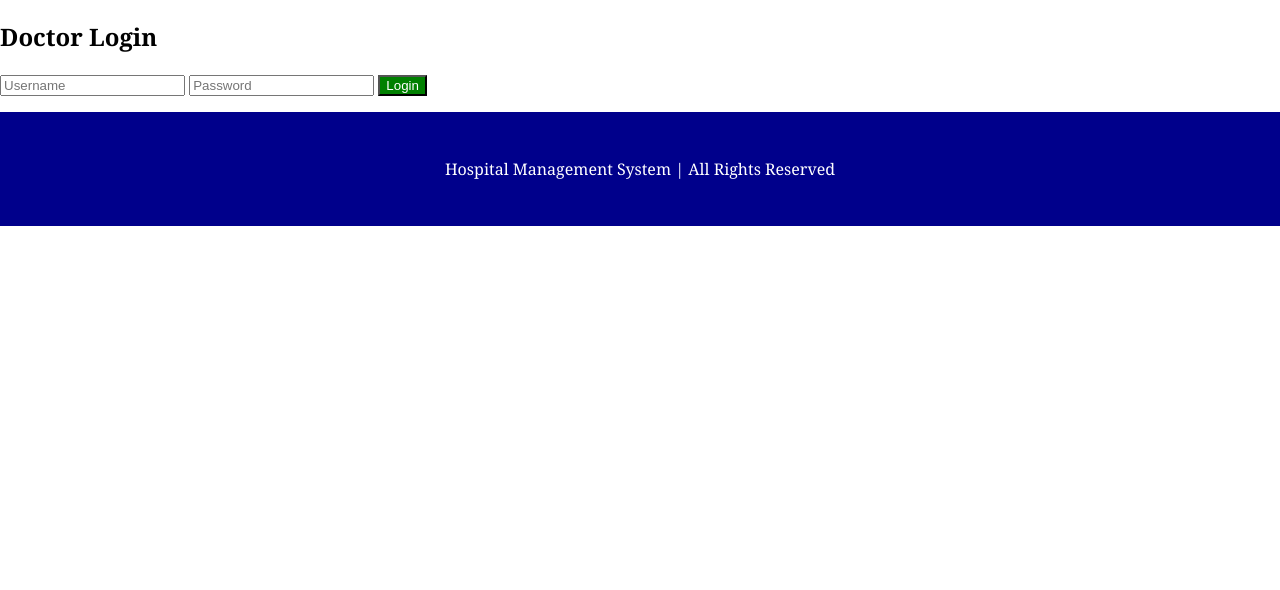
Repository: BinuriJ/HospitalSystem
Page: http://localhost/CyborgSys/login.jsp
An editor plug-in stored every save of this project. The page is shown before and after the next save, followed by the edit.
The browser window is 1280 px wide. The pictures show the whole page.
The page is served by Tomcat 9.

Above is the page before, as saved 2025-05-10 02:30:06.

After the next save:
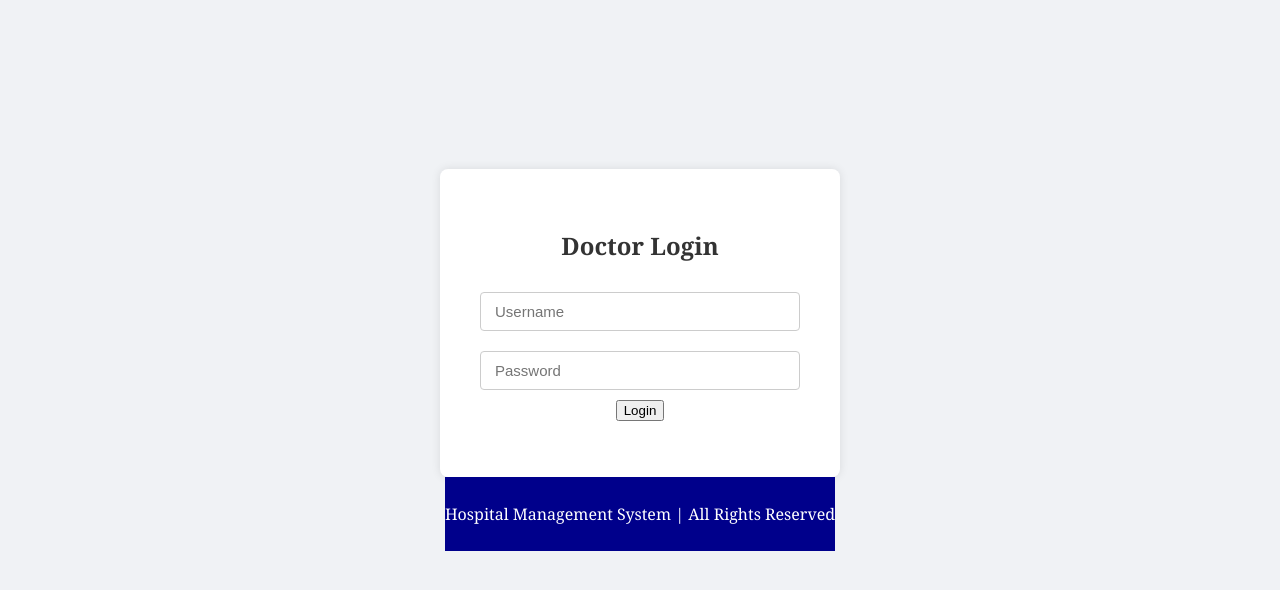
Saved 23 s later.
--- a/CyborgSys/WebContent/doctorLoginCss.jsp
+++ b/CyborgSys/WebContent/doctorLoginCss.jsp
@@ -1,44 +1,52 @@
 <style>
 body {
+    margin: 0;
+    padding: 0;
     font-family: Cambria, sans-serif;
-    margin: 0;
-    background-color: white;
+    background: #f0f2f5;
+    display: flex;
+    justify-content: center;
+    align-items: center;
+    height: 100vh;
 }
 
-.top-bar {
+.login-container {
+    background-color: white;
+    padding: 40px;
+    border-radius: 8px;
+    box-shadow: 0 0 10px rgba(0, 0, 0, 0.1);
+    width: 320px;
+    text-align: center;
+}
+
+.login-container h2 {
+    margin-bottom: 20px;
+    color: #333;
+}
+
+.input-field {
+    width: 100%;
+    padding: 10px 14px;
+    margin: 10px 0;
+    border: 1px solid #ccc;
+    border-radius: 4px;
+    font-size: 15px;
+}
+
+.login-btn {
+    width: 100%;
     background-color: darkblue;
     color: white;
-    padding: 15px 20px;
-    display: flex;
-    justify-content: space-between;
-    align-items: center;
+    padding: 12px;
+    border: none;
+    border-radius: 4px;
+    font-size: 16px;
+    font-weight: bold;
+    cursor: pointer;
+    transition: background-color 0.3s;
 }
 
-.container {
-    padding: 20px;
+.login-btn:hover {
+    background-color: navy;
 }
-
-.header {
-    display: flex;
-    justify-content: space-between;
-    align-items: center;
-    margin-bottom: 20px;
-}
-
-.btn {
-    padding: 10px 16px;
-    border: none;
-    border-radius: 4px;
-    cursor: pointer;
-    font-size: 14px;
-}
-
-.btn-login {
-    background-color: green;
-    color: white;
-}
-
-.btn-login:hover {
-    background-color: darkgreen;
-
 </style>
